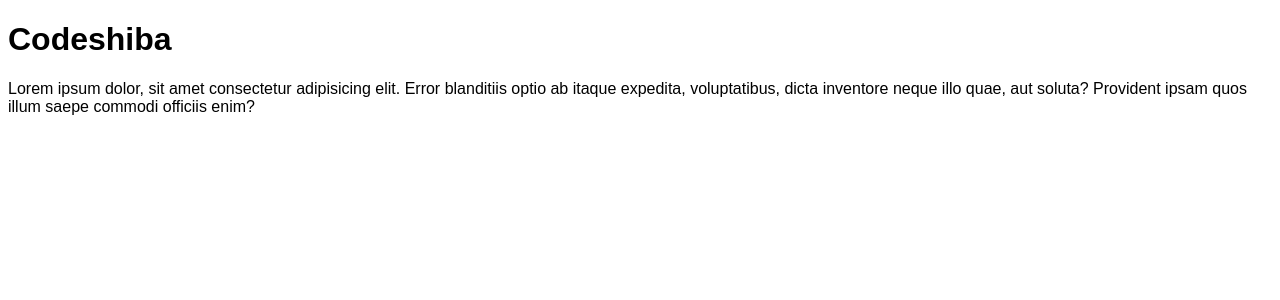
Repository: nanfengovo/CSS
Page: indexfont.html
These files come from the project's save history. The page is drawn as it stood at one moment and after the next save; the edit follows.
The browser window is 1280 px wide. The pictures show the whole page.

Above is the page before, as saved 2024-12-31 23:04:26.

### indexfont.html
<!DOCTYPE html>
<html lang="en">
<head>
    <meta charset="UTF-8">
    <meta name="viewport" content="width=device-width, initial-scale=1.0">
    <title>CSS字体介绍</title>
    <style>
        h1{
            font-family: cursive, sans-serif;
        }
        p{
            font-family: cursive, sans-serif;
        }
    </style>
</head>
<body>
    <h1>Codeshiba</h1>
    <p>Lorem ipsum dolor, sit amet consectetur adipisicing elit. Error blanditiis optio ab itaque expedita, voluptatibus, dicta inventore neque illo quae, aut soluta? Provident ipsam quos illum saepe commodi officiis enim?</p>
</body>
</html>

After the next save:
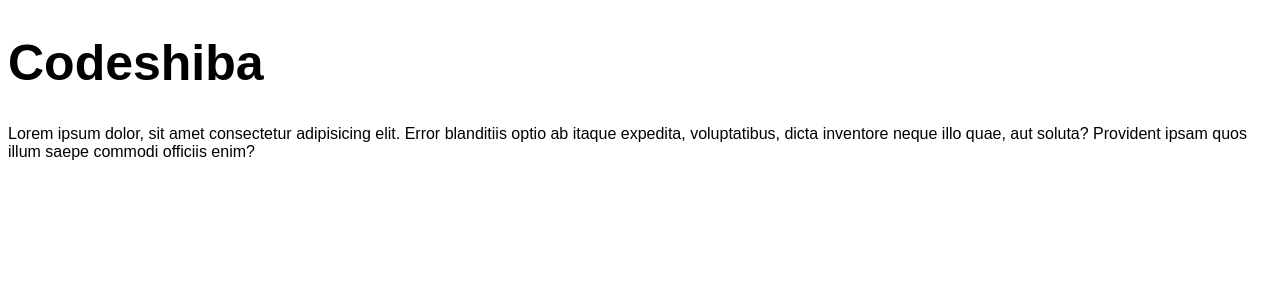
Saved 33 s later.
--- a/indexfont.html
+++ b/indexfont.html
@@ -7,6 +7,7 @@
     <style>
         h1{
             font-family: cursive, sans-serif;
+            font-size: 50px;
         }
         p{
             font-family: cursive, sans-serif;
